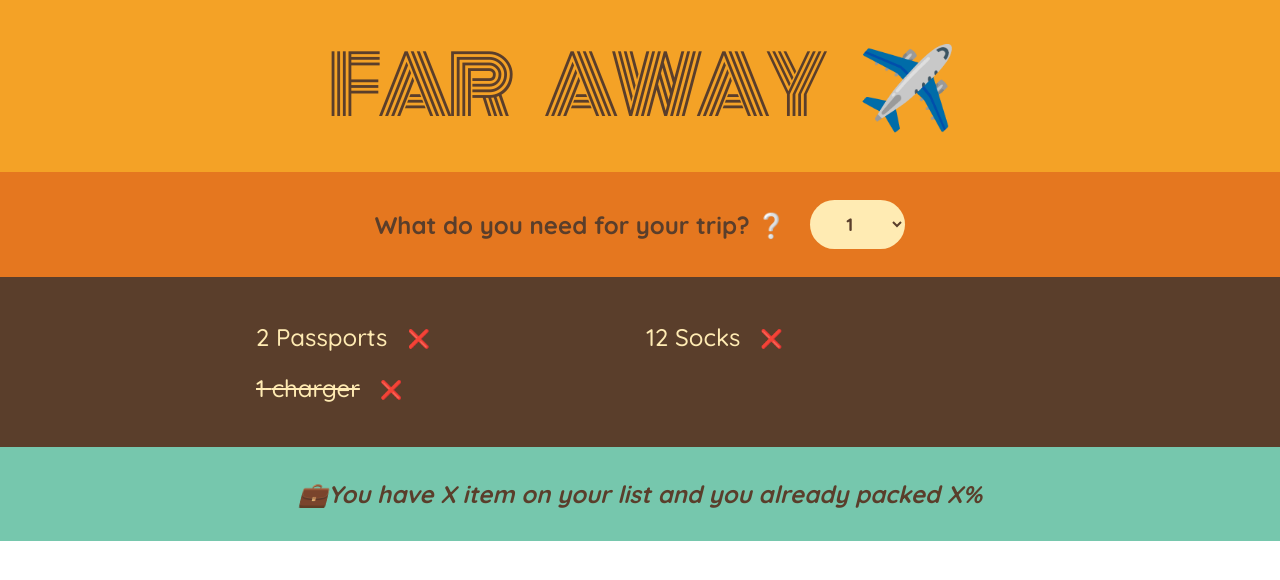
Repository: vgor15/Far-Away
Page: /
An editor plug-in stored every save of this project. The page is shown before and after the next save, followed by the edit.
The browser window is 1280 px wide. The pictures show the whole page.
The project was rebuilt for these pictures with package versions that can differ from the ones it lists, and the page was loaded fresh each time.

Above is the page before, as saved 2025-03-09 00:00:08.

After the next save:
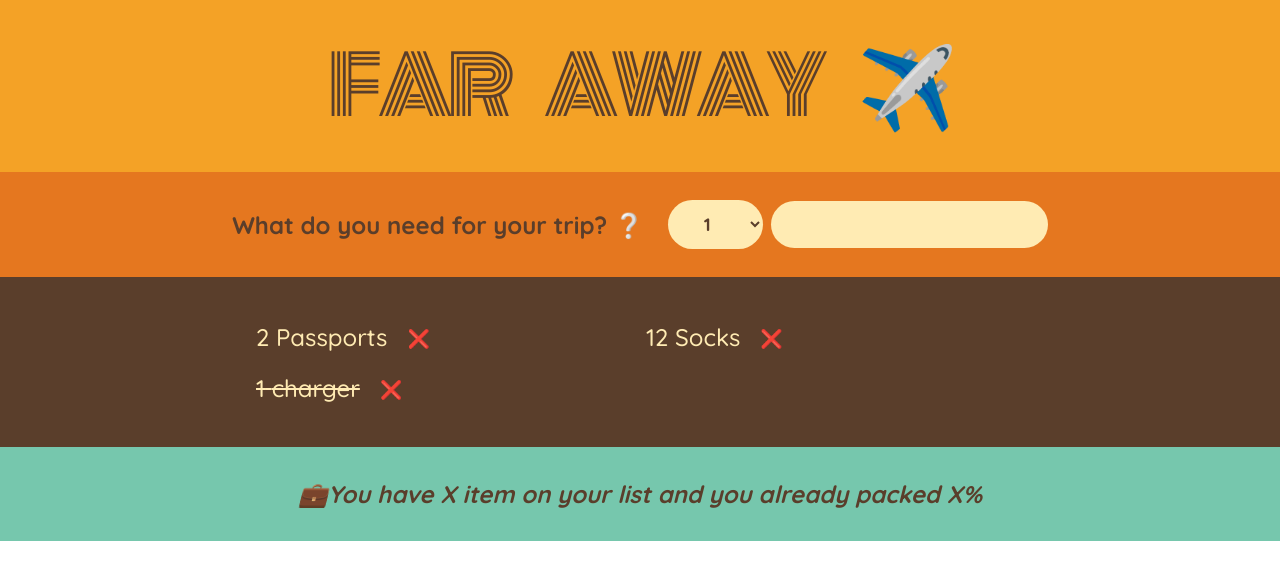
Saved 8 s later.
--- a/src/App.js
+++ b/src/App.js
@@ -28,6 +28,7 @@
         <option value={2}>2</option>
         <option value={3}>3</option>
       </select>
+      <input type="text" name="" id="" />
     </div>
   );
 }
